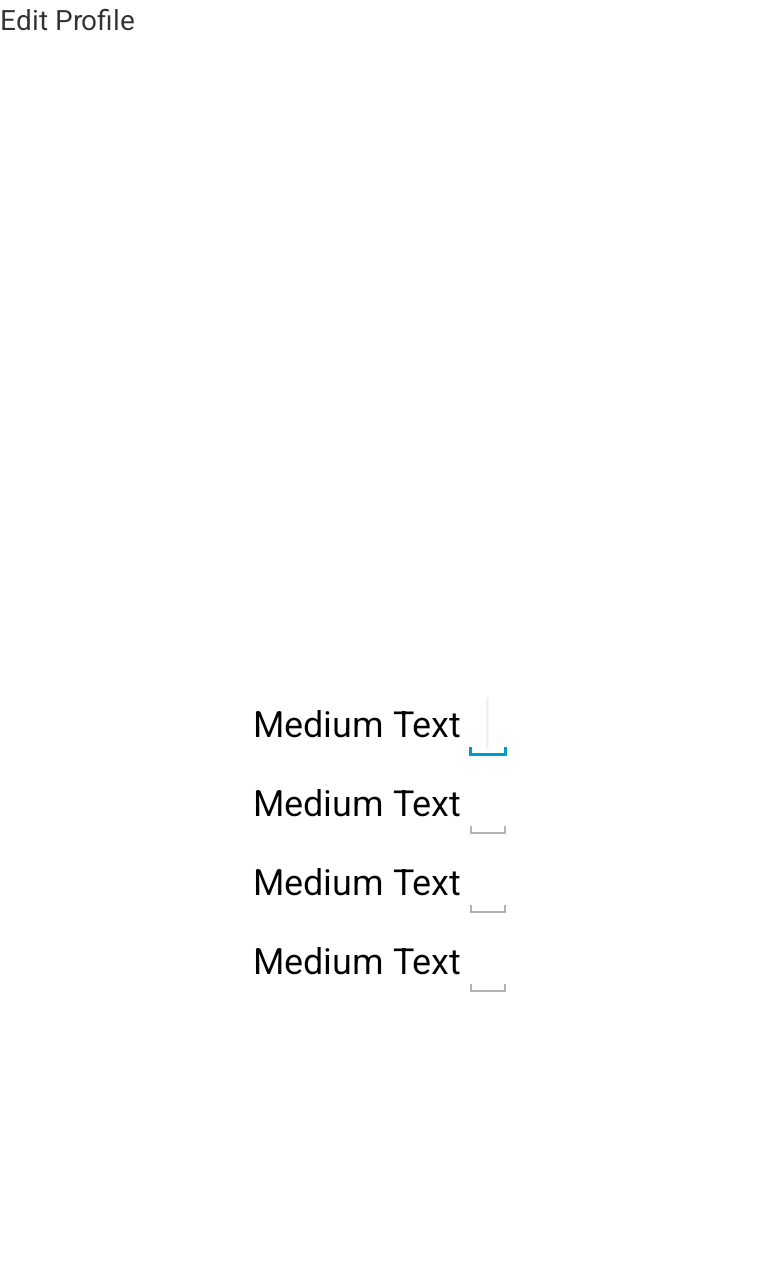
Repository: judemailom/queue-manager
Layout: QueueManager/res/layout/activity_settings.xml
These files come from the project's save history. The layout is drawn as it stood at one moment and after the next save; the edit follows.
It is drawn on a 768 x 1280 px phone screen (xhdpi) without system bars, with theme AppTheme; the app's code is not run.

Above is the layout before, as saved 2013-12-23 17:59:50.

### QueueManager/res/layout/activity_settings.xml
<LinearLayout xmlns:android="http://schemas.android.com/apk/res/android"
    xmlns:tools="http://schemas.android.com/tools"
    android:layout_width="wrap_content"
    android:layout_height="wrap_content"
    android:orientation="vertical"
    tools:context=".Settings" >

    <TextView
        android:id="@+id/textView1"
        android:layout_width="wrap_content"
        android:layout_height="wrap_content"
        android:layout_gravity="fill_horizontal"
        android:layout_weight="1"
        android:text="@string/action_settings" />

    <TableLayout
        android:layout_width="wrap_content"
        android:layout_height="0dp"
        android:layout_gravity="center"
        android:layout_marginTop="15dp"
        android:layout_weight="1"
        android:padding="@dimen/table_padding" >

        <TableRow
            android:id="@+id/tableRow1"
            android:layout_width="wrap_content"
            android:layout_height="wrap_content" >

            <TextView
                android:id="@+id/textView2"
                android:layout_width="wrap_content"
                android:layout_height="wrap_content"
                android:text="Medium Text"
                android:textAppearance="?android:attr/textAppearanceMedium" />

            <EditText
                android:id="@+id/editText1"
                android:layout_width="wrap_content"
                android:layout_height="wrap_content" >

                <requestFocus />
            </EditText>

        </TableRow>

        <TableRow
            android:id="@+id/tableRow2"
            android:layout_width="wrap_content"
            android:layout_height="wrap_content" >

            <TextView
                android:id="@+id/textView3"
                android:layout_width="wrap_content"
                android:layout_height="wrap_content"
                android:text="Medium Text"
                android:textAppearance="?android:attr/textAppearanceMedium" />

            <EditText
                android:id="@+id/editText2"
                android:layout_width="wrap_content"
                android:layout_height="wrap_content"
                android:inputType="textPostalAddress" />

        </TableRow>

        <TableRow
            android:id="@+id/tableRow3"
            android:layout_width="wrap_content"
            android:layout_height="wrap_content" >

            <TextView
                android:id="@+id/textView4"
                android:layout_width="wrap_content"
                android:layout_height="wrap_content"
                android:text="Medium Text"
                android:textAppearance="?android:attr/textAppearanceMedium" />

            <EditText
                android:id="@+id/editText3"
                android:layout_width="wrap_content"
                android:layout_height="wrap_content"
                android:inputType="phone" />

        </TableRow>

        <TableRow
            android:id="@+id/tableRow4"
            android:layout_width="wrap_content"
            android:layout_height="wrap_content" >

            <TextView
                android:id="@+id/textView5"
                android:layout_width="wrap_content"
                android:layout_height="wrap_content"
                android:text="Medium Text"
                android:textAppearance="?android:attr/textAppearanceMedium" />

            <EditText
                android:id="@+id/editText4"
                android:layout_width="wrap_content"
                android:layout_height="wrap_content"
                android:inputType="textPassword" />

        </TableRow>
    </TableLayout>

</LinearLayout>

### QueueManager/res/values/styles.xml
<resources>

    <!--
        Base application theme, dependent on API level. This theme is replaced
        by AppBaseTheme from res/values-vXX/styles.xml on newer devices.
    -->
    <style name="AppBaseTheme" parent="android:Theme.Light.NoTitleBar">
        <!--
            Theme customizations available in newer API levels can go in
            res/values-vXX/styles.xml, while customizations related to
            backward-compatibility can go here.
        -->
    </style>

    <!-- Application theme. -->
    <style name="AppTheme" parent="AppBaseTheme">
        <!-- All customizations that are NOT specific to a particular API-level can go here. -->
    </style>
    <color name="white">#FFFFFF</color>
    <color name="gray">#F0F0F0</color>

</resources>

### QueueManager/res/values/strings.xml
<?xml version="1.0" encoding="utf-8"?>
<resources>

    <string name="app_name">Queue Manager</string>
    <string name="action_settings">Edit Profile</string>
    <string name="title">Logo</string>
    <string name="login">Login</string>
    <string name="hint_password">Password</string>
    <string name="title_activity_home">HomeActivity</string>
    <string name="hello_world">Hello world!</string>
    <string name="desc_calendar">calendar</string>
    <string name="desc_queue">queue count</string>
    <string name="desc_clock">clock</string>
    <string name="button_close">OPEN QUEUE</string>
    <string name="button_pause">PAUSE QUEUE</string>
    <string name="title_activity_queue">Queue</string>
    <string name="now_serving">Now Serving</string>
    <string name="current_queue">Current Queue</string>
    <string name="desc_now_serving">now_serving</string>
    <string name="desc_current_queue">current_queue</string>
    <string name="queue_count">CLOSED QUEUE</string>
    <string name="about">About</string>
    <string name="help">Help</string>
    <string name="title_activity_settings">Settings</string>
    <string name="title_activity_about">About</string>
    <string name="title_activity_help">Help</string>

</resources>

### QueueManager/res/values/dimens.xml
<resources>

    <!-- Default screen margins, per the Android Design guidelines. -->
    <dimen name="activity_horizontal_margin">20dp</dimen>
    <dimen name="activity_vertical_margin">20dp</dimen>
    <dimen name="font_title">50dp</dimen>
    <dimen name="font_home">20dp</dimen>
    <dimen name="table_padding">5dp</dimen>

</resources>

Loaded but not shown: QueueManager/res/values-v11/styles.xml (common file); QueueManager/res/values-v14/styles.xml (common file)

After the next save:
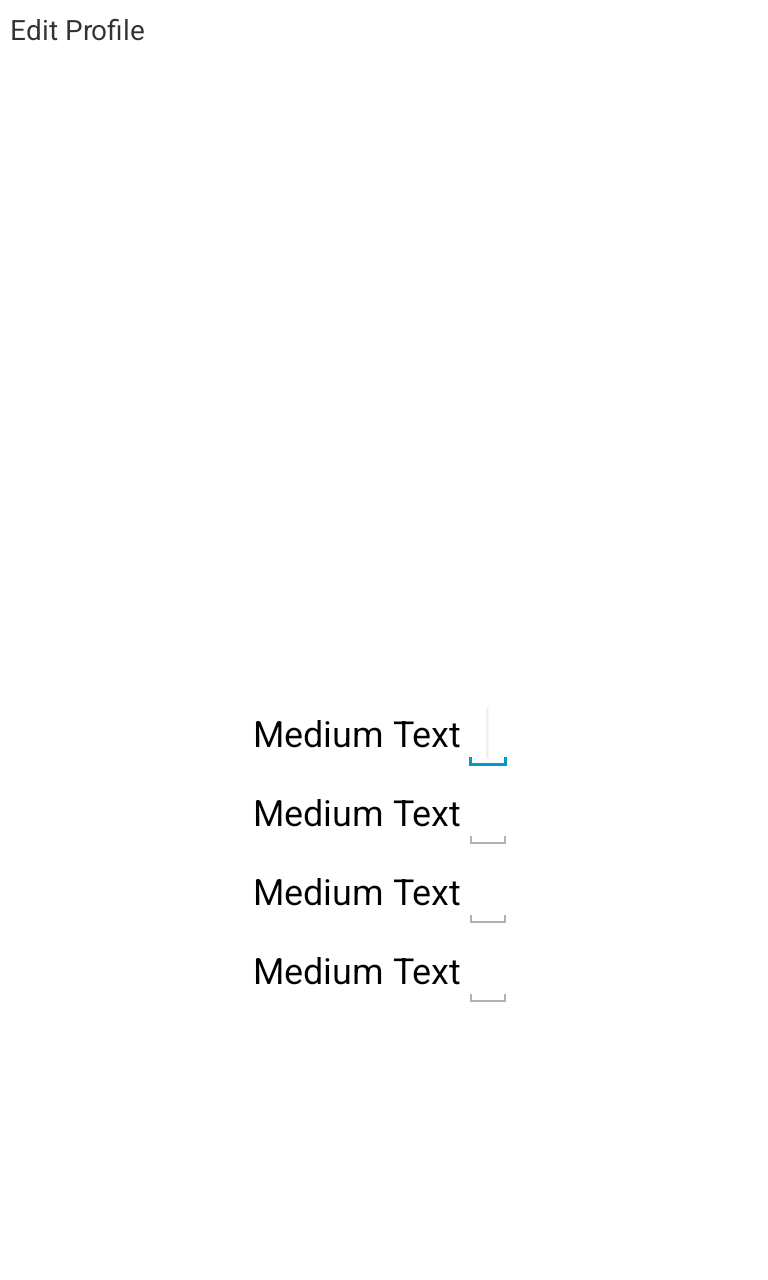
Saved 15 s later.
--- a/QueueManager/res/layout/activity_settings.xml
+++ b/QueueManager/res/layout/activity_settings.xml
@@ -11,6 +11,7 @@
         android:layout_height="wrap_content"
         android:layout_gravity="fill_horizontal"
         android:layout_weight="1"
+        android:padding="@dimen/table_padding"
         android:text="@string/action_settings" />
 
     <TableLayout
